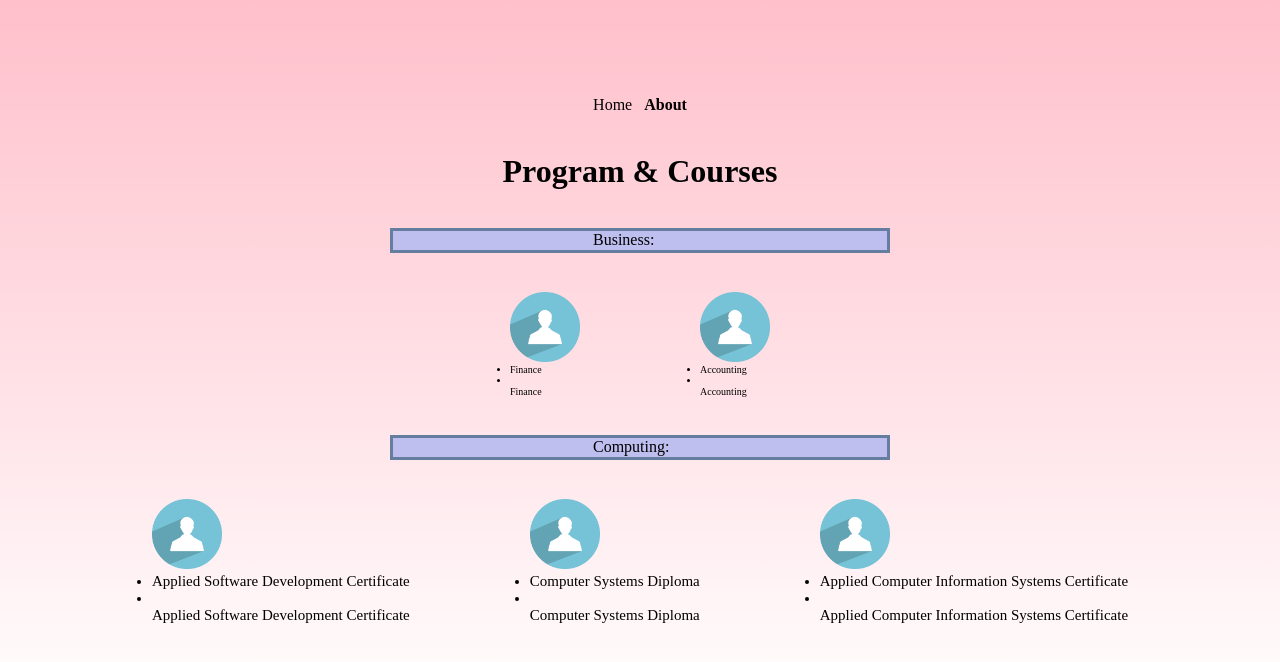
Repository: anoncoderin/madhu-assignment3
Page: /
An editor plug-in stored every save of this project. The page is shown before and after a run of saves, followed by the edit.
The browser window is 1280 px wide. The pictures show the whole page.
The project was rebuilt for these pictures with package versions that can differ from the ones it lists, and the page was loaded fresh each time. The framework's server and built-in components were replaced by stand-ins that run in the browser. Also part of the build but not shown: next.config.js, components/Card/Card.module.css.

Above is the page before, as saved 2023-01-22 21:04:00.

After the next 3 saves:
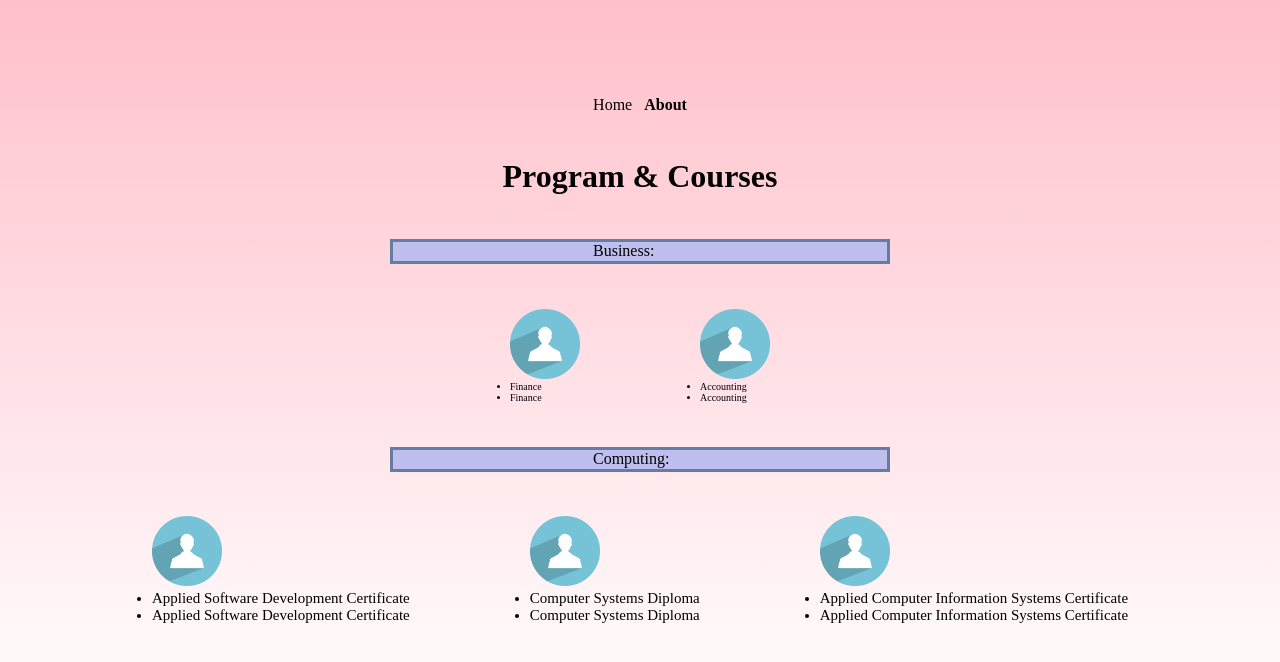
The 3 saves are shown as one change because 1 did not build or start and some came seconds apart.
The last was saved 35 s later.
--- a/components/Card/index.js
+++ b/components/Card/index.js
@@ -10,7 +10,8 @@
         <div  style={{backgroundcolor:color, fontSize:font }}>
            <img src={'icon/person.png'} width="70px"></img>
            <ul> <li>{degree}
-            <li></li>{degree}
+            </li>
+            <li>{degree}
             </li>
             </ul>
         </div>
